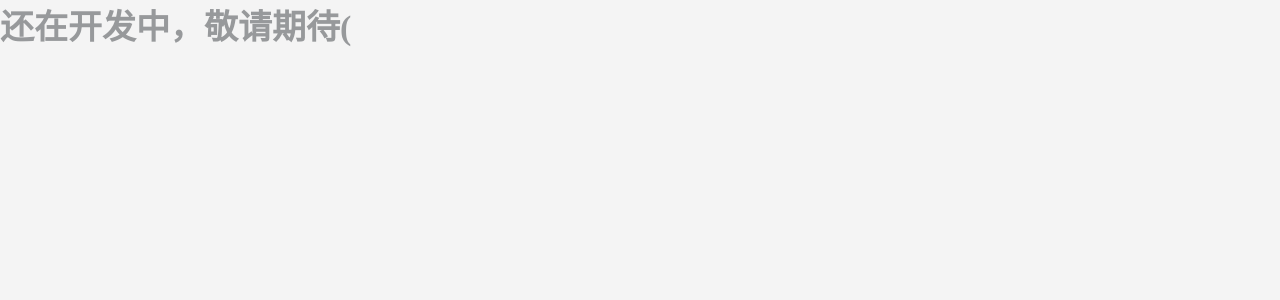
Repository: Ki-Wi-Berry/videos
Page: /#/news (app in bilibili/)
An editor plug-in stored every save of this project. The page is shown before and after the next save, followed by the edit.
The browser window is 1280 px wide. The pictures show the whole page.
The page's requests for data from a server got no answer. The project was rebuilt for these pictures with package versions that can differ from the ones it lists, and the page was loaded fresh each time. No one was signed in, and anything a server would have sent is missing. Also part of the build but not shown: bilibili/vite.config.ts, bilibili/store.js, bilibili/src/components/home-page/HeadLine.vue, bilibili/src/components/home-page/ContentClassification.vue, bilibili/src/components/home-page/HotVideo.vue, bilibili/src/components/home-page/Advertising.vue, bilibili/src/components/home-page/Home.vue, bilibili/src/utils/index.js and 4 more.

Above is the page before, as saved 2022-03-28 17:39:28.

After the next save:
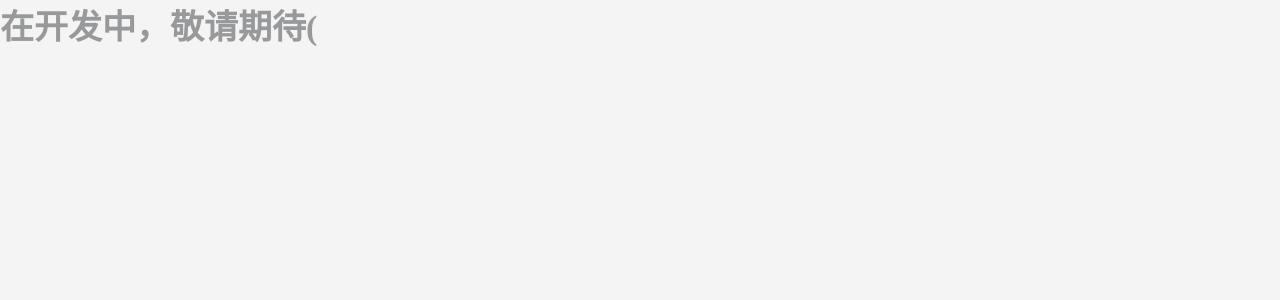
Saved 12 s later.
--- a/bilibili/src/components/news/News.vue
+++ b/bilibili/src/components/news/News.vue
@@ -1,5 +1,5 @@
 <template>
-    <h1>还在开发中，敬请期待(</h1>
+    <h1>在开发中，敬请期待(</h1>
 </template>
 
 <style lang="less" scoped>
